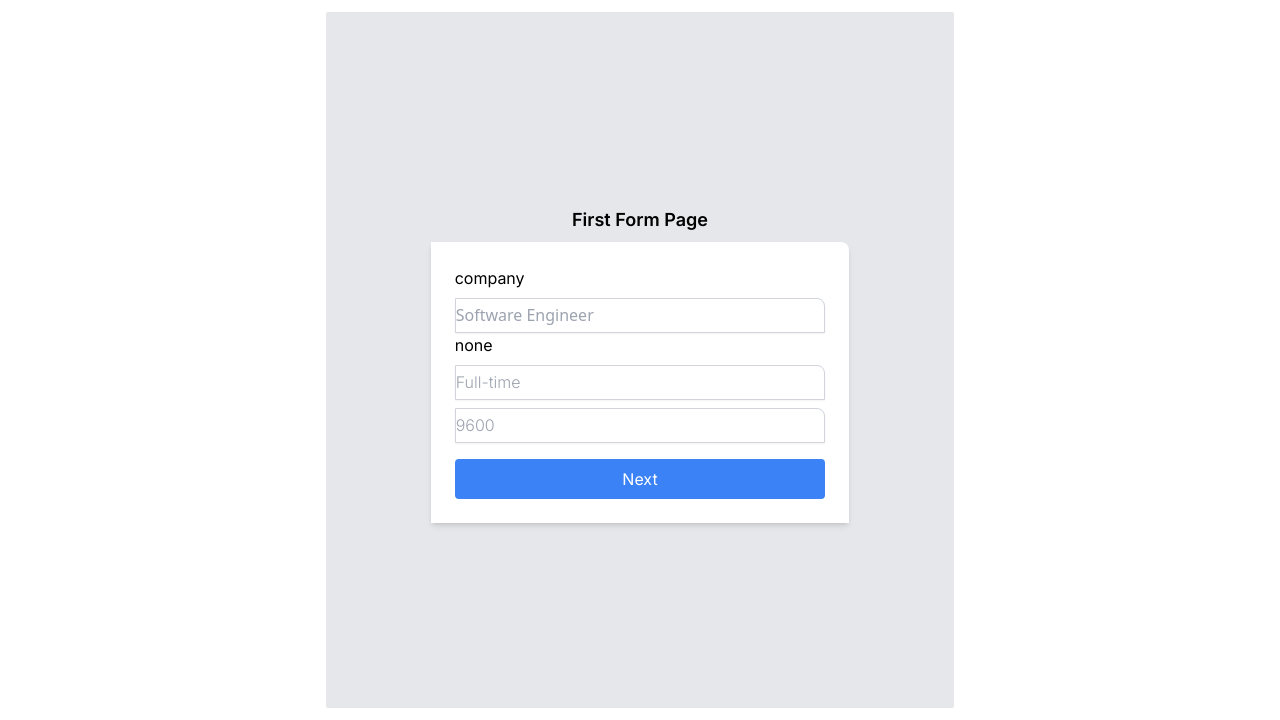
Repository: Abdibaye/Job-Sphere
Page: /form
An editor plug-in stored every save of this project. The page is shown before and after the next save, followed by the edit.
The browser window is 1280 px wide. The pictures show the whole page.
The project was rebuilt for these pictures with package versions that can differ from the ones it lists, and the page was loaded fresh each time. Also part of the build but not shown: vite.config.js, src/components/search.jsx, src/components/navbar.jsx, src/pages/descriptionpage.jsx, src/components/job.jsx, src/components/feed.jsx, src/components/saved.jsx, src/components/filter.jsx and 4 more.

Above is the page before, as saved 2025-02-23 12:04:45.

### index.html
<!doctype html>
<html lang="en">
  <head>
    <meta charset="UTF-8" />
    <link rel="icon" type="image/svg+xml" href="/vite.svg" />

    <link rel="preconnect" href="https://fonts.googleapis.com">
    <link rel="preconnect" href="https://fonts.gstatic.com" crossorigin>
    <link href="https://fonts.googleapis.com/css2?family=Inter:ital,opsz,wght@0,14..32,100..900;1,14..32,100..900&family=Open+Sans:ital,wght@0,300..800;1,300..800&family=Poppins:wght@100;200;300;400;600;700&display=swap" rel="stylesheet">

    <meta name="viewport" content="width=device-width, initial-scale=1.0" />
    <title>Vite + React</title>
  </head>
  <body>
    <div id="root"></div>
    <script type="module" src="/src/main.jsx"></script>
  </body>
</html>

### src/main.jsx
import { StrictMode } from 'react'
import { createRoot } from 'react-dom/client'
import './index.css'
import App from './App.jsx'
import Description from './pages/descriptionpage.jsx'
import HomePage from './pages/homepage.jsx'

createRoot(document.getElementById('root')).render(
  <StrictMode>
    <App />
  </StrictMode>,
)

### src/App.jsx
import Navbar from "./components/navbar";
import Description from "./pages/descriptionpage";
import HomePage from "./pages/homepage";
import LoginPage from "./pages/loginpage";
import SignUp from "./pages/Signup";
import { BrowserRouter, Routes, Route, Outlet } from "react-router-dom";
import Feed from "./components/feed";
import Forms from "./pages/formpage";

function App() {
  return (
    <BrowserRouter>
      <Routes>
        {/* Default route for login */}
        <Route path="/" element={<LoginPage />} />

        {/* Nested routes under Navbar */}
        <Route path="/navbar" element={<Navbar />}>
          <Route index element={<HomePage    />} /> {/* Default child route */}
          <Route path="description" element={<Description />} /> {/* Relative path */}
        </Route>

        {/* Signup route */}
        <Route path="/signup" element={<SignUp />} />


        <Route path='/form' element = {<Forms />} />
      </Routes>
    </BrowserRouter>
  );
}

export default App;

### src/pages/formpage.jsx
import { BrowserRouter, Routes, Route, Link, Outlet } from "react-router-dom";
import Form from "../components/form";
import { useState } from "react";



function Forms(){
    const [step, setStep] = useState(1);

    // const [data, setData] = useState({
    //     name: '',
    //     placeholder: '',
    // });

    // setData = (value) => {
    //     value.name = value;
    // }

    // setData("abdi")

    // console.log(data.name);


    return(
        <>
        <div>
        <section>
            {step === 0 &&
             <Form prob1={"Title"} prob2={"Type"} prob3={"Salary"}  />}
        </section>
        <section>
            {step === 1 && <Form prob1={"company"} prob2={"none"} />
             }

        </section>
        </div>
        </>
    )


}



export default Forms;

### src/components/form.jsx
import { useFormik } from "formik";
import { formvalidation } from "./formvalidation";
import { useState } from "react";

const initialValues = {
  title: '',
  type: '',
  salary: ''
};

function Form({prob1, prob2, prob3}) {



  const { values, handleBlur, handleChange, handleSubmit, errors } = useFormik({
    initialValues,
    validationSchema: formvalidation,
    onSubmit: (values) => {
      console.log(values);
    },
  });

  return (
    <div className="h-screen font-inter flex justify-center p-3">
      <div className="bg-gray-200 w-1/2 rounded-sm flex flex-col justify-center items-center">

        <h1 className="m-2 font-semibold text-lg">First Form Page</h1>
          <form
          onSubmit={handleSubmit}
          className="bg-white w-2/3 h-fit flex flex-col justify-center p-6 rounded-tr-lg shadow-md"
        >

          <label className="mb-2">{prob1}</label>
          <input
            name="title"
            value={values.title}
            onChange={handleChange}
            onBlur={handleBlur}
            className="h-[35px] border border-gray-300 rounded-tr-lg shadow-sm focus:outline-none font-sans font-light"
            type="text"
            placeholder="Software Engineer"
          />
          {errors.title && <small className="text-red-500">{errors.title}</small>}


          <label className="mb-2">{prob2}</label>
          <input
            name="type"
            value={values.type}
            onChange={handleChange}
            onBlur={handleBlur}
            className="h-[35px] border border-gray-300 rounded-tr-lg shadow-sm focus:outline-none font-light"
            type="text"
            placeholder="Full-time"
          />
          {errors.type && <small className="text-red-500">{errors.type}</small>}


          <label className="mb-2">{prob3}</label>
          <input
            name="salary"
            value={values.salary}
            onChange={handleChange}
            onBlur={handleBlur}
            className="h-[35px] border border-gray-300 rounded-tr-lg shadow-sm focus:outline-none font-light"
            type="text"
            placeholder="9600"
          />
          {errors.salary && <small className="text-red-500">{errors.salary}</small>}



          <button
            type="submit"
            className="mt-4 bg-blue-500 text-white py-2 px-4 rounded hover:bg-blue-600 transition-colors"
          >
            Next
          </button>
        </form>

      </div>
    </div>
  );
}

export default Form;

### src/components/formvalidation.jsx
import * as Yup from 'yup'

export const formvalidation = Yup.object({
    title: Yup.string().min(3).required("Enter title"),
    type: Yup.string().min(3).required("Enter Salary"),
    salary: Yup.number().min(1).required('please enter salary')
})

### tailwind.config.js
/** @type {import('tailwindcss').Config} */
export default {
  content: [
    "./index.html",
    "./src/**/*.{js,ts,jsx,tsx}",
  ],
  theme: {
    extend: {
      fontFamily: {
        'inter': ['Inter', 'sans-serif'],
      },
    },
  },
  plugins: [],
}

Loaded but not shown: src/index.css (common file)

After the next save:
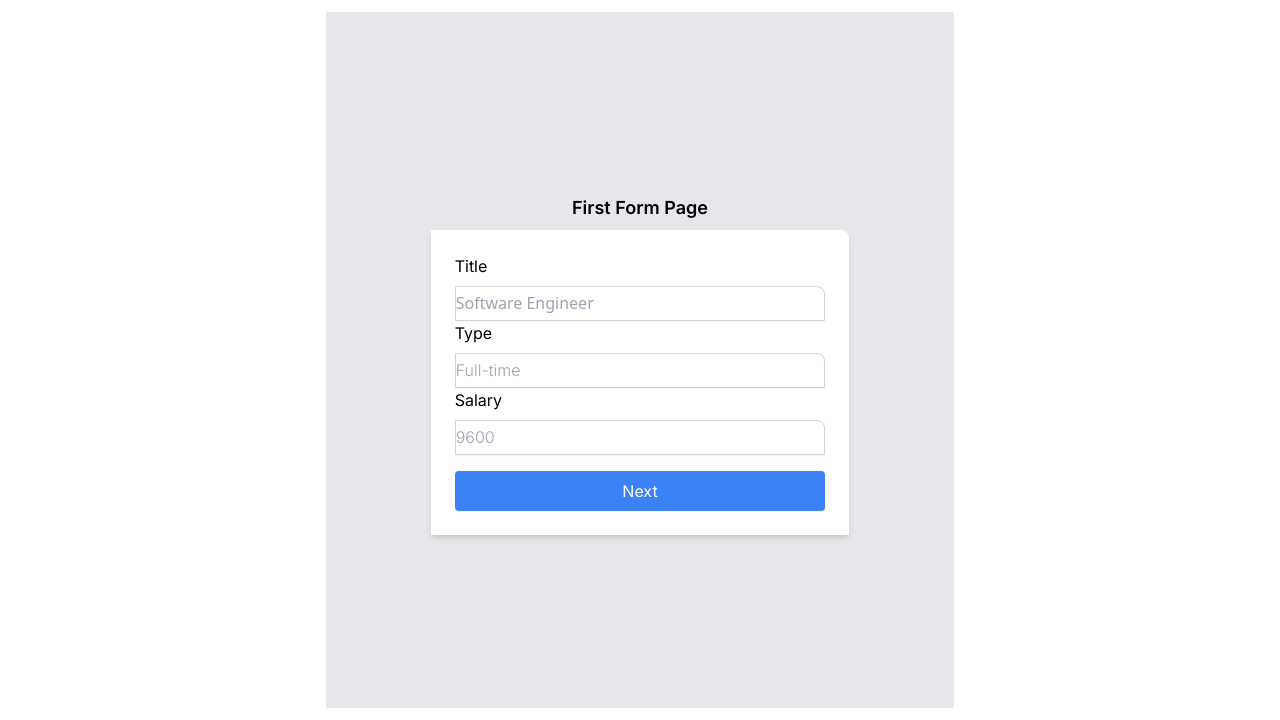
Saved 15 s later.
--- a/src/pages/formpage.jsx
+++ b/src/pages/formpage.jsx
@@ -5,7 +5,7 @@ import { useState } from "react";
 
 
 function Forms(){
-    const [step, setStep] = useState(1);
+    const [step, setStep] = useState(0);
 
     // const [data, setData] = useState({
     //     name: '',
